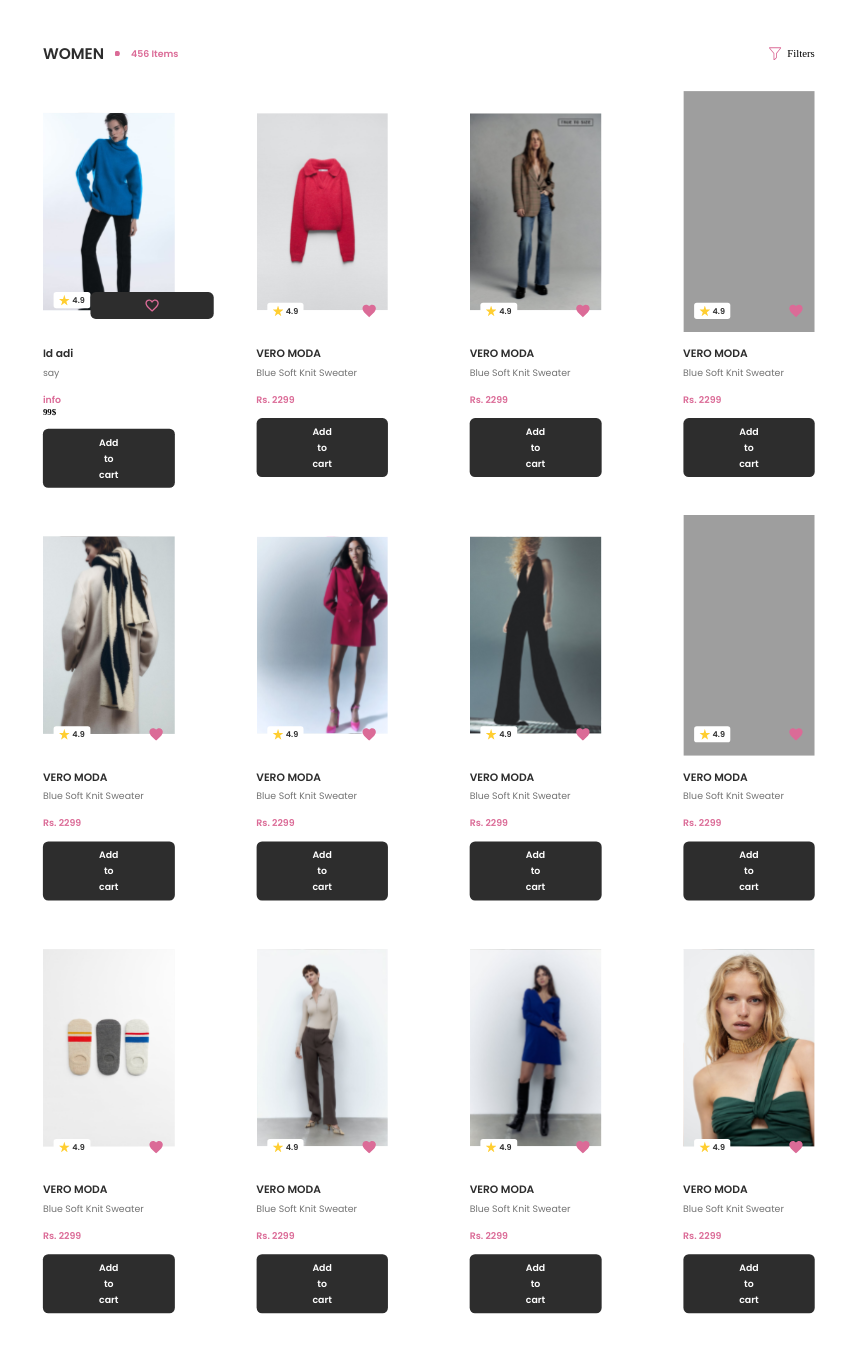
Repository: NatiqSamiyev/E-commerce-vebsite
Page: pages/shopPage/index.html
An editor plug-in stored every save of this project. The page is shown before and after a run of saves, followed by the edit.
The browser window is 1280 px wide. The pictures show the whole page, at 67% of full size.
Pictures or frames that could not be fetched are drawn as grey boxes. Some web fonts or font styles are not loaded; a fallback is used. The style sheet was rebuilt from its Sass, Less or Tailwind sources for each picture, by a compiler version that may differ from the author's.

Above is the page before, as saved 2023-12-09 11:53:50.

After the next 3 saves:
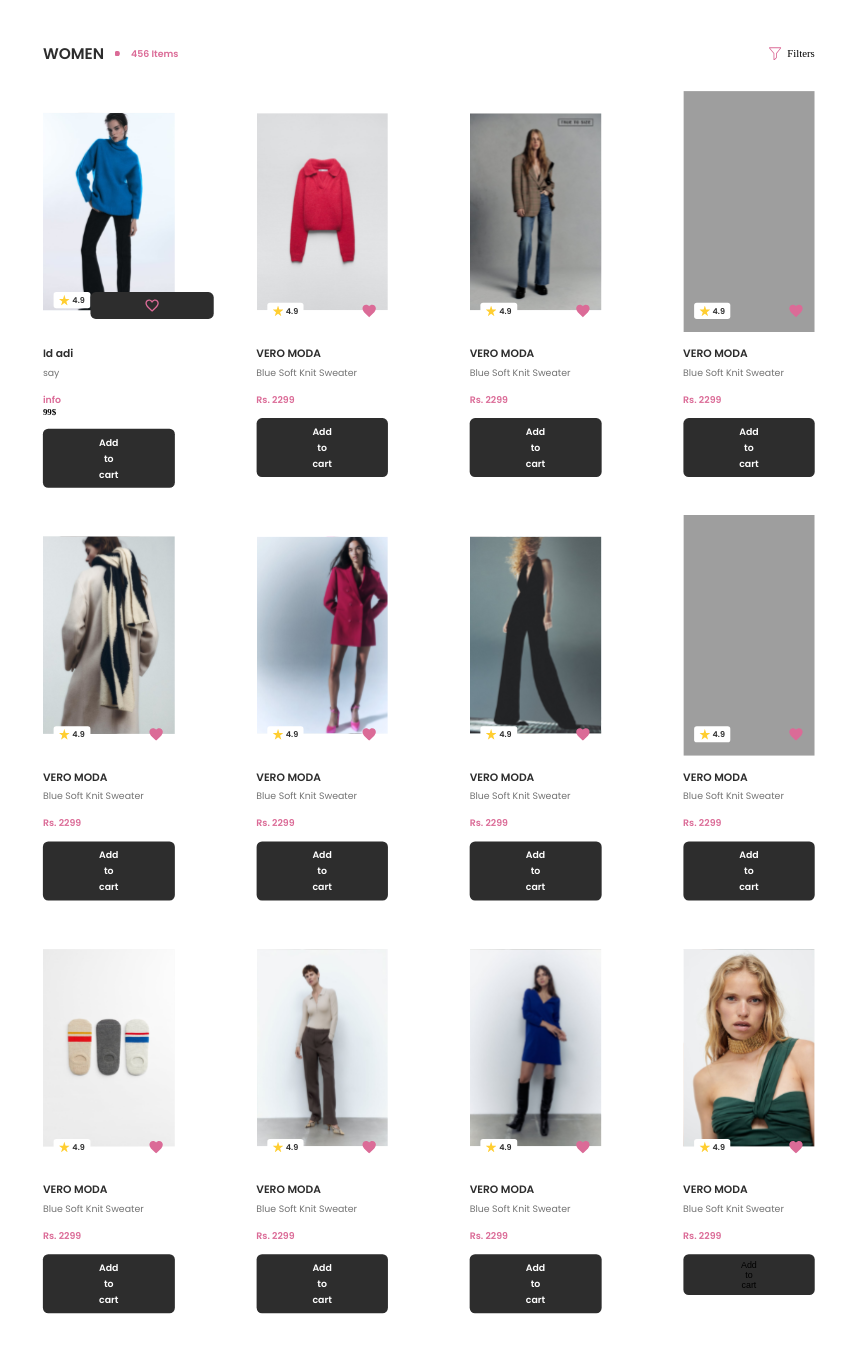
The 3 saves are shown as one change because they came seconds apart.
The last was saved 42 s later.
--- a/pages/shopPage/index.html
+++ b/pages/shopPage/index.html
@@ -424,7 +424,7 @@
           <h4>Rs. 2299</h4>
 
           <button>
-            <a href="#">Add to cart</a>
+            Add to cart
           </button>
         </div>
       </div>
